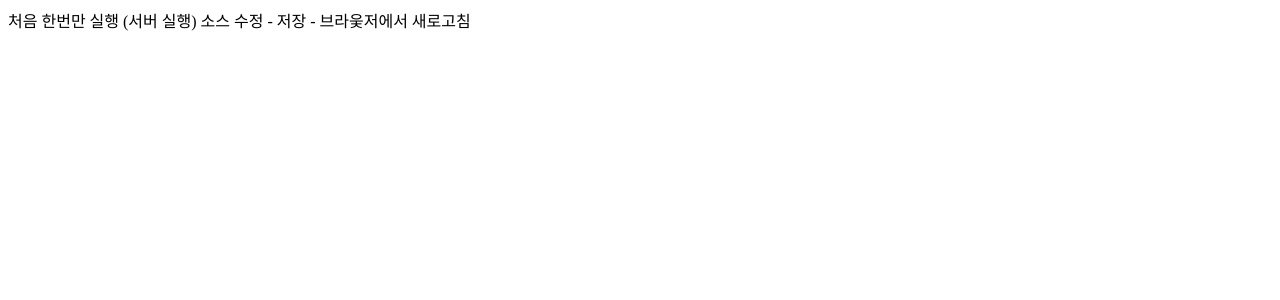
Repository: AiharaAkira/jsp
Page: WebWorkSpace/01_Servlet/src/main/webapp/NewFile.html
These files come from the project's save history. The page is drawn as it stood at one moment and after the next save; the edit follows.
The browser window is 1280 px wide. The pictures show the whole page.

Above is the page before, as saved 2021-11-03 04:15:38.

### WebWorkSpace/01_Servlet/src/main/webapp/NewFile.html
<!DOCTYPE html>
<html>
<head>
<meta charset="UTF-8">
<title>Insert title here</title>
</head>
<body>
	처음 한번만 실행 (서버 실행)
	소스 수정 - 저장 - 브라웆저에서 새로고침

</body>
</html>

After the next save:
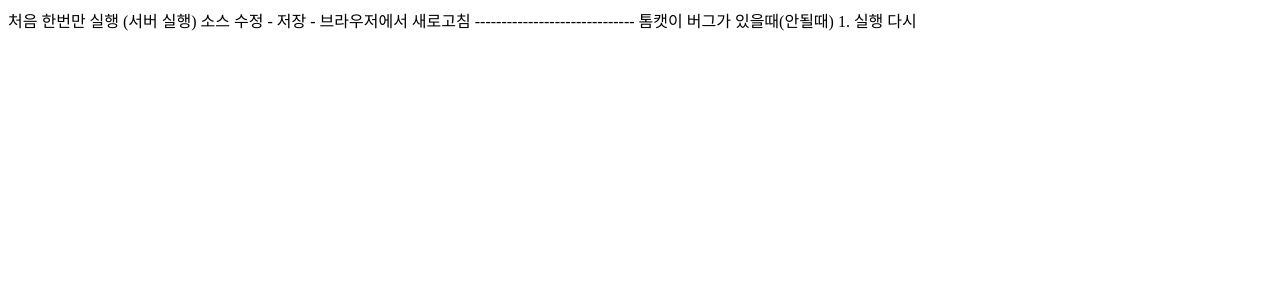
Saved 58 s later.
--- a/WebWorkSpace/01_Servlet/src/main/webapp/NewFile.html
+++ b/WebWorkSpace/01_Servlet/src/main/webapp/NewFile.html
@@ -6,7 +6,11 @@
 </head>
 <body>
 	처음 한번만 실행 (서버 실행)
-	소스 수정 - 저장 - 브라웆저에서 새로고침
+	소스 수정 - 저장 - 브라우저에서 새로고침
+	------------------------------
+	톰캣이 버그가 있을때(안될때)
+	1. 실행 다시
+
 
 </body>
 </html>
